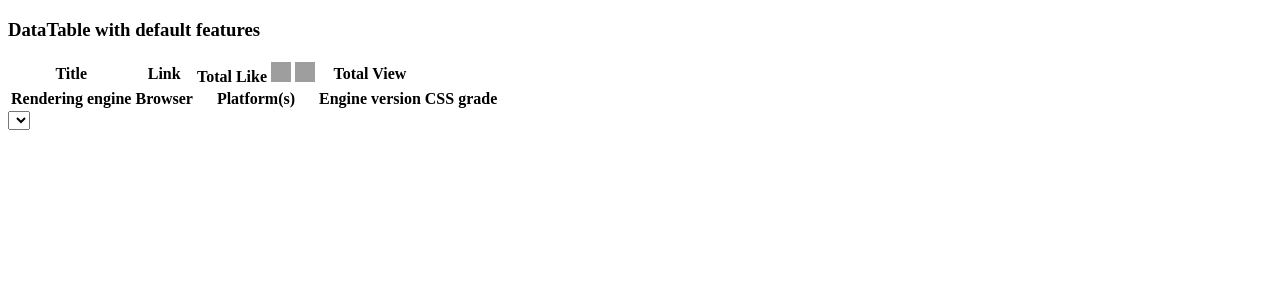
Repository: AnnPTit/Java04_jsp_servelet
Page: http://localhost/Asm/admins/home.jsp
An editor plug-in stored every save of this project. The page is shown before and after the next save, followed by the edit.
The browser window is 1280 px wide. The pictures show the whole page.
Pictures or frames that could not be fetched are drawn as grey boxes. Some web libraries are served in a nearby version. The page is served by Tomcat 9. Nobody is signed in. The application's start-up code is not run. Other server files are loaded and not shown. The template is opened directly, without the code that normally fills it, so the values that code supplies are empty.

Above is the page before, as saved 2023-03-24 14:25:33.

### Asm/src/main/webapp/admins/home.jsp
<%@ page language="java" contentType="text/html; charset=UTF-8"
	pageEncoding="UTF-8"%>
<%@ taglib uri="http://java.sun.com/jsp/jstl/core" prefix="c"%>
<!DOCTYPE html>
<html>
<head>
<meta charset="UTF-8">
<title>Home -Admin</title>
<link rel="stylesheet"
	href="https://cdnjs.cloudflare.com/ajax/libs/font-awesome/6.3.0/css/all.min.css"
	integrity="sha512-SzlrxWUlpfuzQ+pcUCosxcglQRNAq/DZjVsC0lE40xsADsfeQoEypE+enwcOiGjk/bSuGGKHEyjSoQ1zVisanQ=="
	crossorigin="anonymous" referrerpolicy="no-referrer" />
</head>
<body>
	<div class="card">
		<div class="card-header">
			<h3 class="card-title">DataTable with default features</h3>
		</div>

		<!-- /.card-header -->
		<div class="card-body">
			<table id="example1" class="table table-bordered table-striped">
				<thead>
					<tr>
						<th>Title</th>
						<th>Link</th>
						<th>Total Like <a class="" style="width: 20px; height: 20px"
							href="${pageContext.request.contextPath}/admins/Admin?page=home&action=sortUpLike"><img
								alt="" style="width: 20px; height: 20px"
								src="https://cdn-icons-png.flaticon.com/512/5422/5422517.png"></a>
							<a class="" style="width: 20px; height: 20px"
							href="${pageContext.request.contextPath}/admins/Admin?page=home&action=sortDownLike"><img
								alt="" style="width: 20px; height: 20px"
								src="https://cdn-icons-png.flaticon.com/512/5422/5422495.png"></a>
						<th>Total View</th>
					</tr>
				</thead>
				<c:forEach items="${listVideo}" var="x" varStatus="i">
					<tbody>
						<tr>
							<td>${x.title }</td>
							<td>${x.href }</td>
							<td>${x.like }</td>
							<td>${x.view}</td>

						</tr>
					</tbody>
				</c:forEach>

				<tfoot>
					<tr>
						<th>Rendering engine</th>
						<th>Browser</th>
						<th>Platform(s)</th>
						<th>Engine version</th>
						<th>CSS grade</th>
					</tr>
				</tfoot>
			</table>
		</div>
		<!-- /.card-body -->
	</div>

	<div>
		<select class="form-select" aria-label="Default select example">
			<c:forEach items="${listVideo}" var="x">
				<option value="">${x.title }</option>
			</c:forEach>
		</select>
	</div>
</body>
</html>

After the next save:
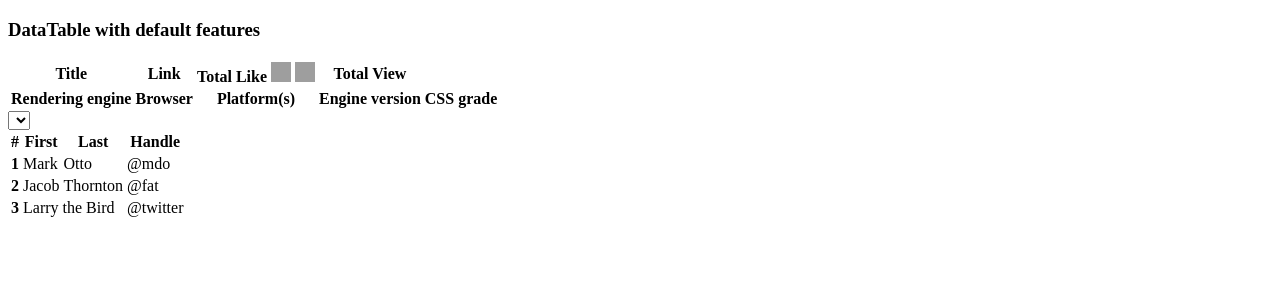
Saved 110 s later.
--- a/Asm/src/main/webapp/admins/home.jsp
+++ b/Asm/src/main/webapp/admins/home.jsp
@@ -68,5 +68,34 @@
 			</c:forEach>
 		</select>
 	</div>
+	<table class="table">
+		<thead>
+			<tr>
+				<th scope="col">#</th>
+				<th scope="col">First</th>
+				<th scope="col">Last</th>
+				<th scope="col">Handle</th>
+			</tr>
+		</thead>
+		<tbody>
+			<tr>
+				<th scope="row">1</th>
+				<td>Mark</td>
+				<td>Otto</td>
+				<td>@mdo</td>
+			</tr>
+			<tr>
+				<th scope="row">2</th>
+				<td>Jacob</td>
+				<td>Thornton</td>
+				<td>@fat</td>
+			</tr>
+			<tr>
+				<th scope="row">3</th>
+				<td colspan="2">Larry the Bird</td>
+				<td>@twitter</td>
+			</tr>
+		</tbody>
+	</table>
 </body>
 </html>
